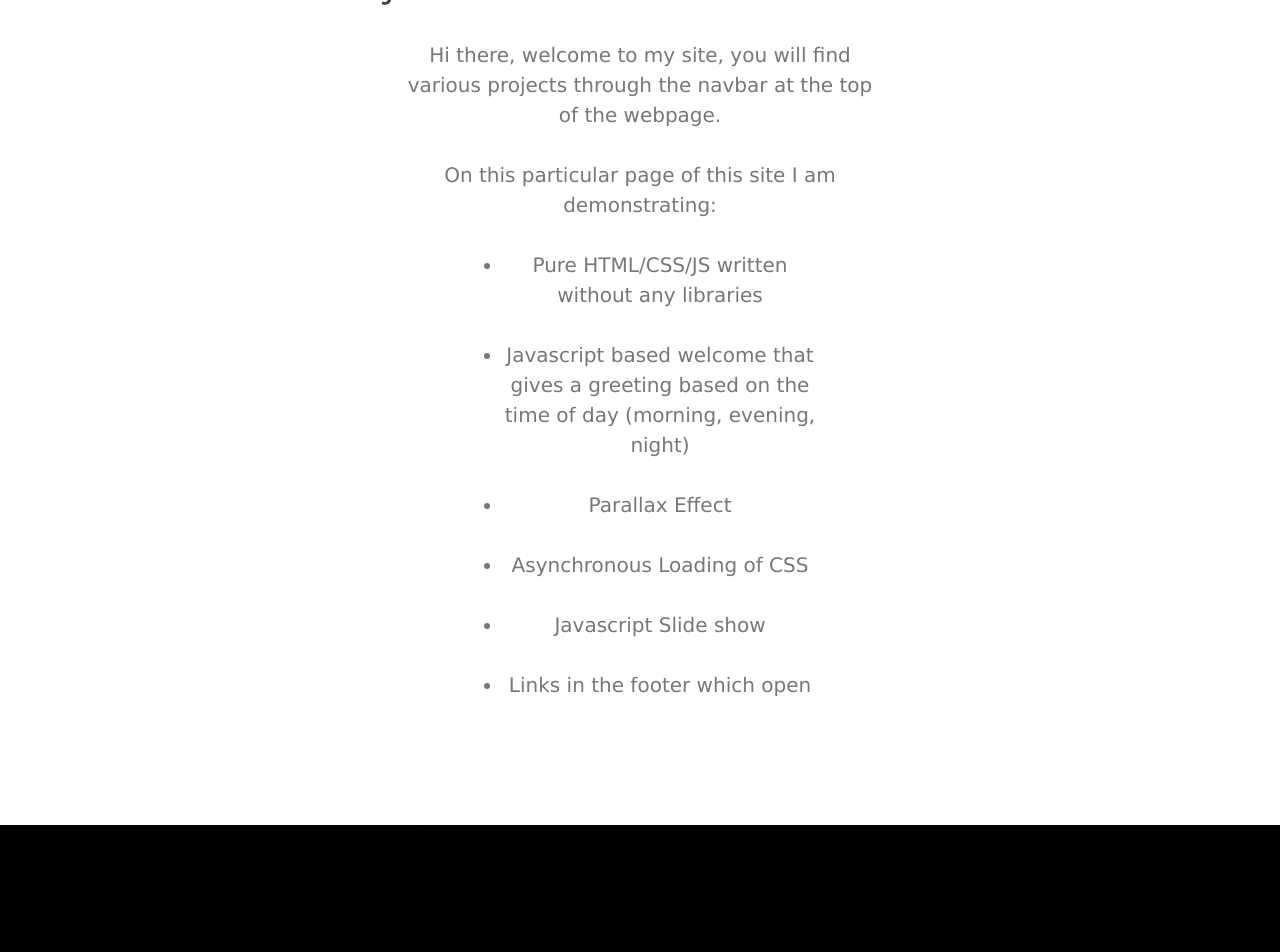
Repository: Jasondhillon/jasondhillon.github.io
Page: index.html
The author's editor kept a copy of each file at every save. The page is drawn from the files as they stood at one save, then again after the next save.
The browser window is 1280 px wide. The pictures show the part of the page from y = 912 to 1864 px (the page is 4141 px tall).
Backgrounds fixed to the window are drawn as part of the page.

Above is the page before, as saved 2020-04-07 17:38:18.

After the next save:
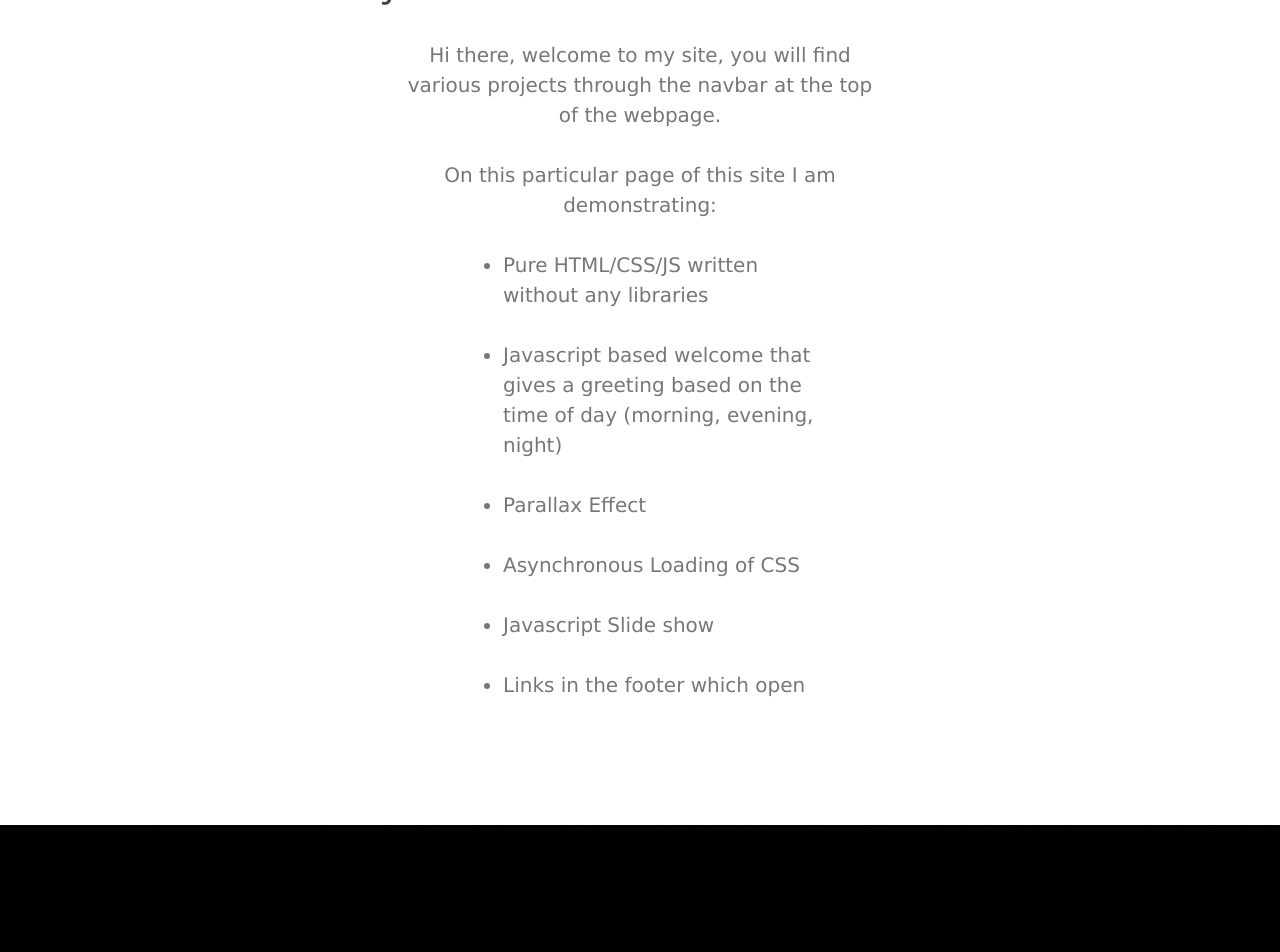
Saved 8 s later.
--- a/index.html
+++ b/index.html
@@ -204,7 +204,7 @@
       Hi there, welcome to my site, you will find various projects through the navbar at the top of the webpage.</p>
       <p id="quote">
         On this particular page of this site I am demonstrating:
-      <ul id="quote" style="width: 30%;">
+      <ul id="quote" style="width: 30%; text-align: left;">
         <li>Pure HTML/CSS/JS written without any libraries</li>
         <li> Javascript based welcome that gives a greeting based on the time of day (morning, evening, night)</li>
         <li>Parallax Effect</li>
